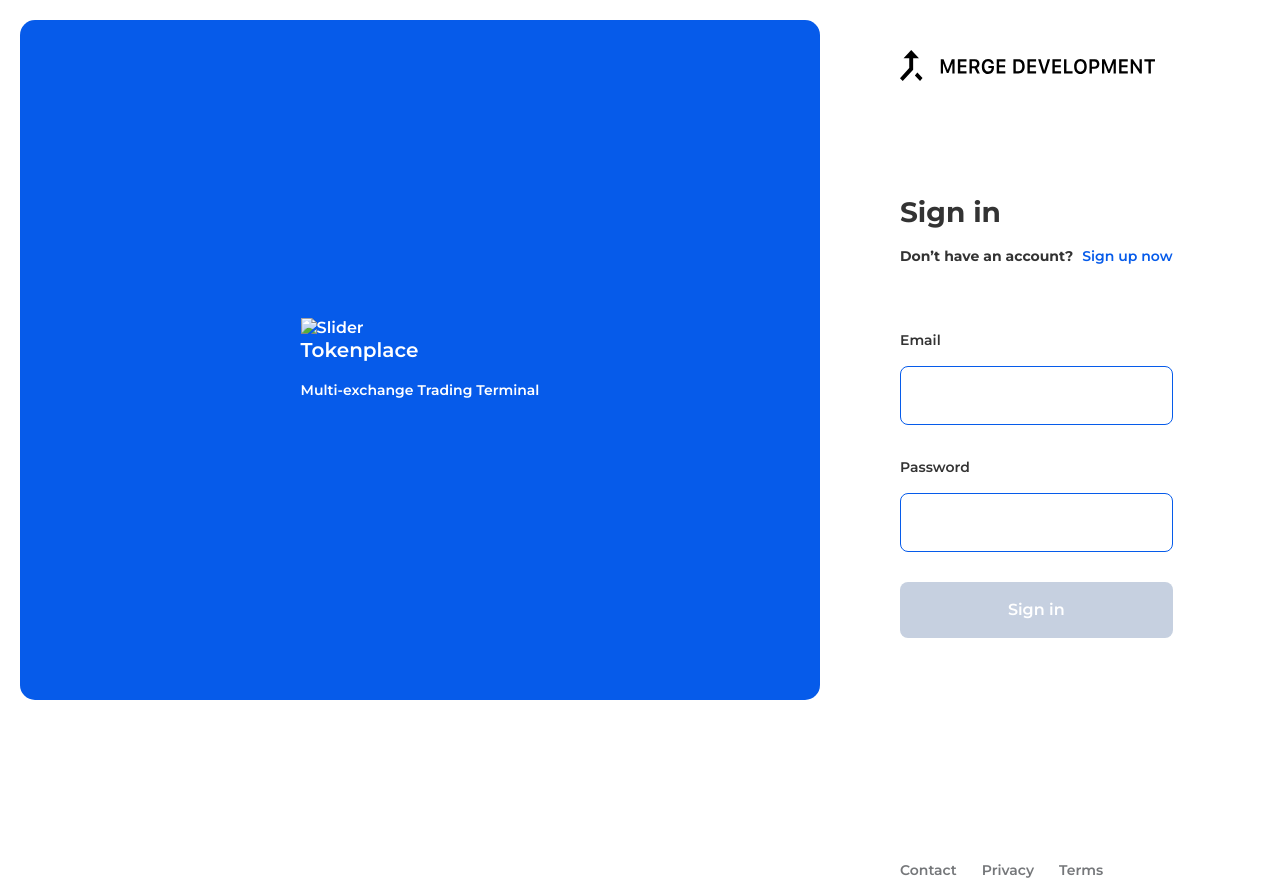
Repository: 13RedFox/form-project
Page: /
These files come from the project's save history. The page is drawn as it stood at one moment and after the next save; the edit follows.
The browser window is 1280 px wide. The pictures show the whole page.
The project was rebuilt for these pictures with package versions that can differ from the ones it lists, and the page was loaded fresh each time.

Above is the page before, as saved 2021-08-04 18:27:33.

After the next save:
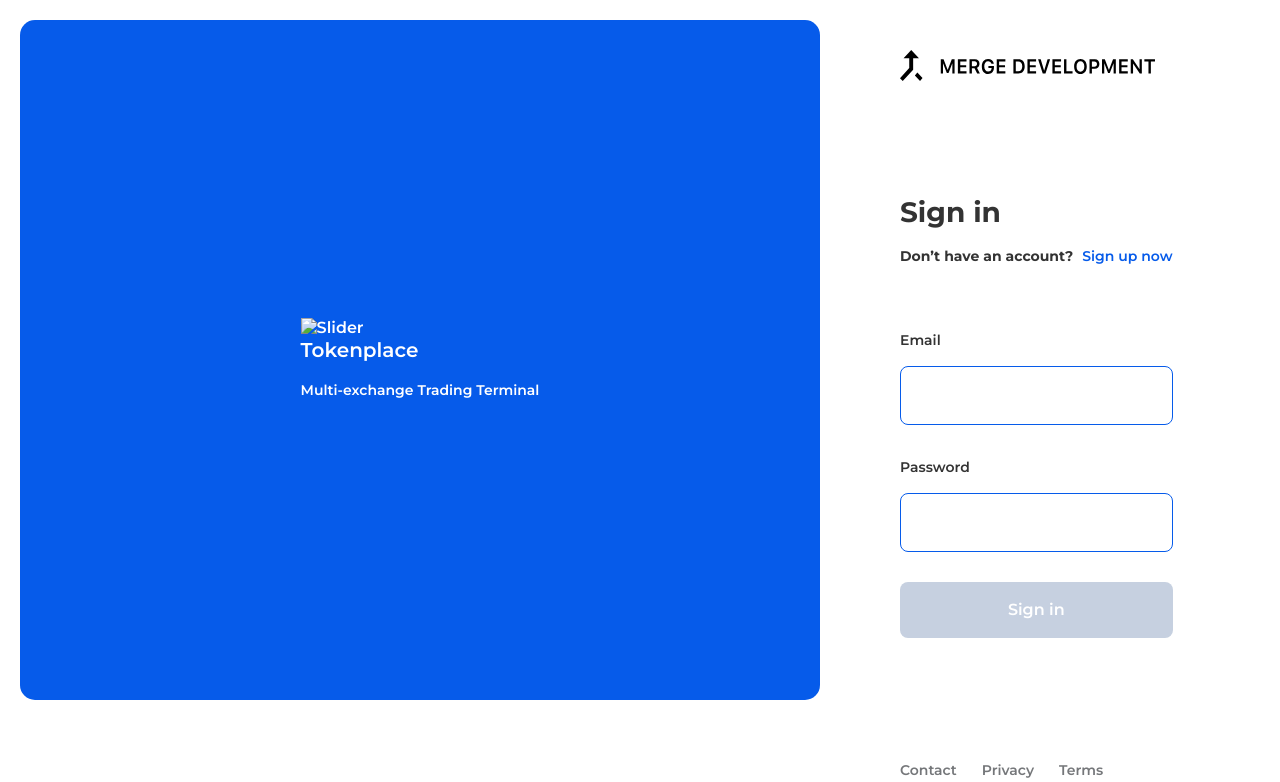
Saved 19 s later.
--- a/src/components/Form/Form.module.scss
+++ b/src/components/Form/Form.module.scss
@@ -42,7 +42,7 @@
 }
 
 .privacy {
-  margin-top: 220px;
+  margin-top: 120px;
 }
 
 .privacyText {
